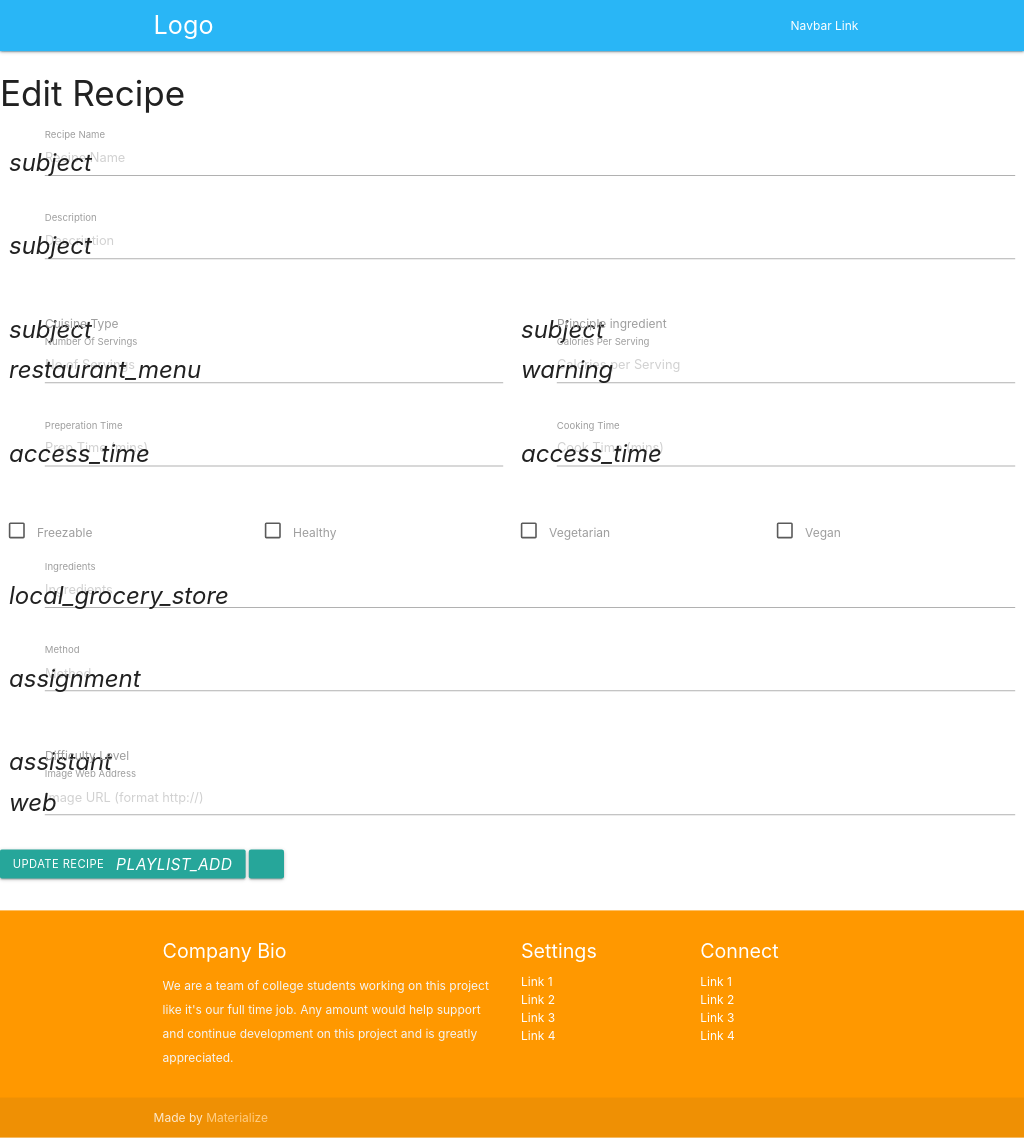
Repository: keefm6776/cookery-website
Page: templates/edit_recipe.html
The author's editor kept a record of every edit. The page is drawn from the files as they stood at one moment, then again after the next edit.
The browser window is 1280 px wide. The pictures show the whole page, at 80% of full size.
The page is served by the project's application, run on Flask 3 (app.py). The template is opened directly, without the code that normally fills it, so the values that code supplies are empty.

Above is the page before.
Console error: ReferenceError: jQuery is not defined

After the next edit:
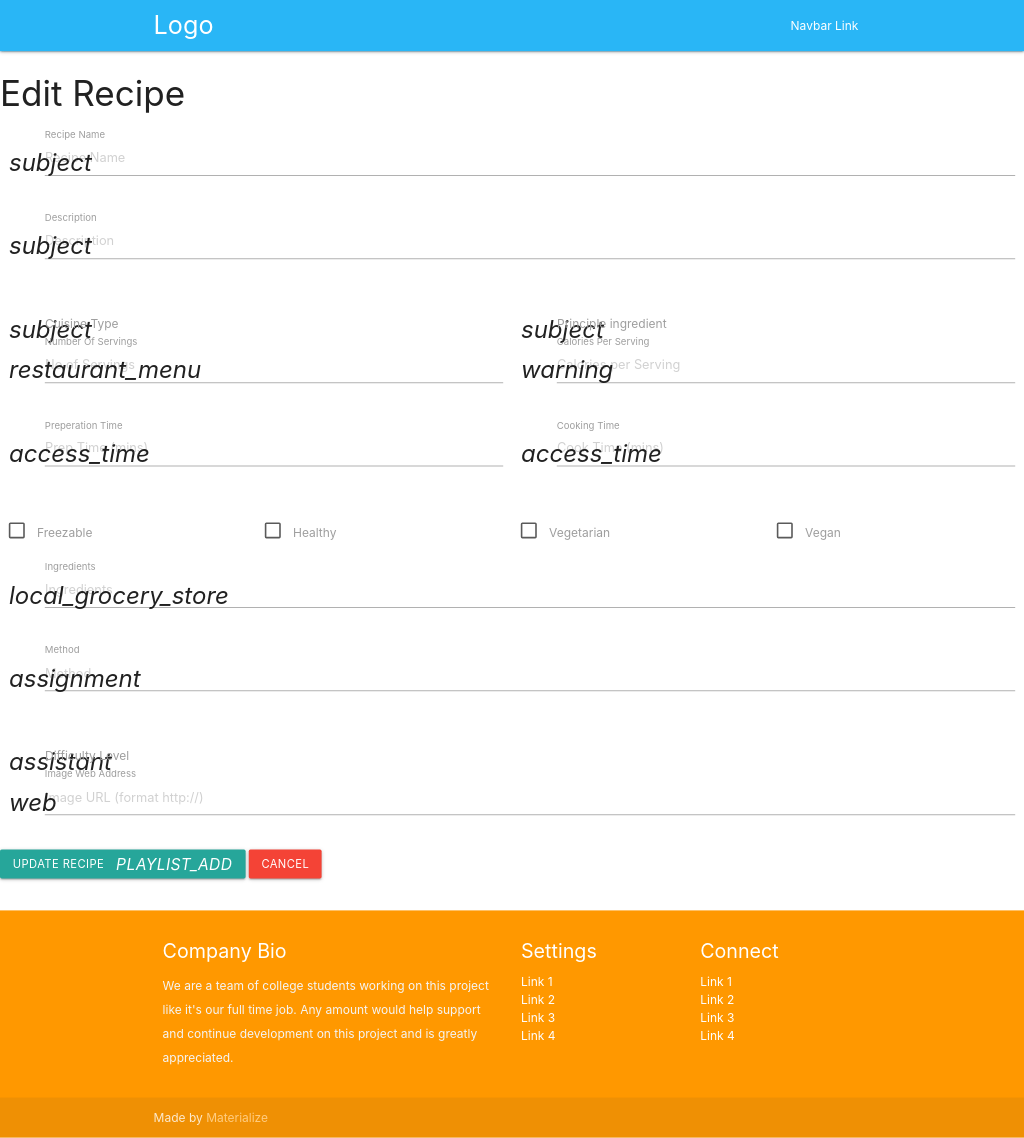
The edit:
--- a/templates/edit_recipe.html
+++ b/templates/edit_recipe.html
@@ -199,8 +199,8 @@
         <div class="row">
 
             <button class="btn waves-effect waves-light" type="submit" name="btn_update_recipe">Update Recipe <i class="material-icons right">playlist_add</i> </button>
-
-            <input class="btn waves-effect waves-light" type="button" name="btn_cancel_recipe_edit" onclick="window.open('{{url_for('get_recipes')}}'" />
+            <button class="btn waves-effect waves-light red" type="button" name="btn_cancel_update_recipe">Cancel </button>
+
 
 
 
